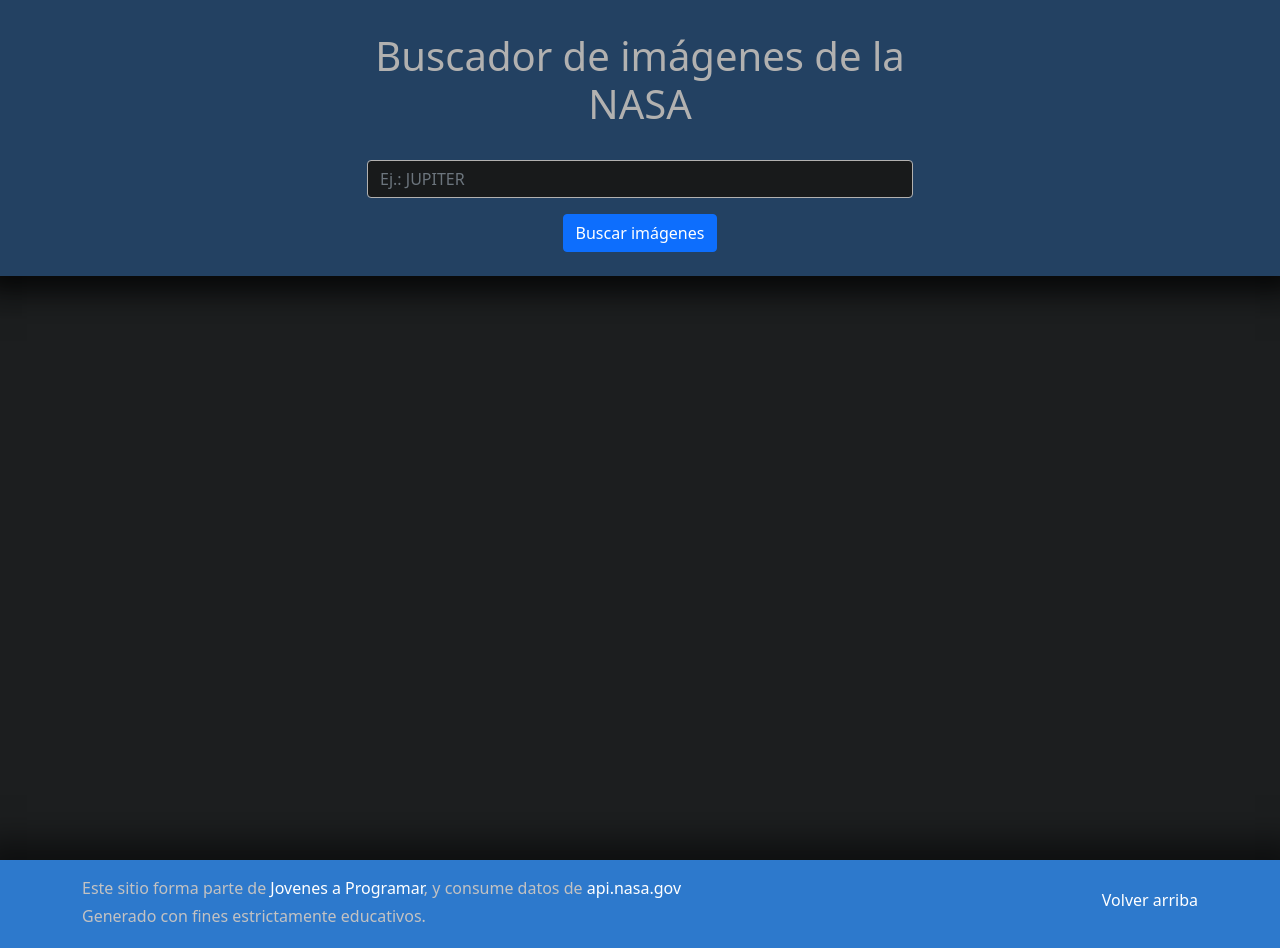
Repository: romancegirl/galaxies
Page: index.html
These files come from the project's save history. The page is drawn as it stood at one moment and after the next save; the edit follows.
The browser window is 1280 px wide. The pictures show the whole page.

Above is the page before, as saved 2024-11-30 04:51:48.

### index.html
<!doctype html>
<html lang="es">

<head>
  <meta charset="utf-8">
  <meta name="viewport" content="width=device-width, initial-scale=1">
  <title>Buscador de imágenes de la NASA</title>

  <link href="css/bootstrap.min.css" rel="stylesheet">
  <link rel="stylesheet" href="css/style.css">
</head>

<body>

  <header>
    <div id="intro">
      <div class="text-center container">
        <div class="row py-lg-3">
          <div class="col-lg-6 col-md-8 mx-auto" id="beggining">
            <h1 class="fw-light">Buscador de imágenes de la NASA</h1>
            <input type="search" class="form-control" name="buscar" id="inputBuscar" placeholder="Ej.: JUPITER">
            <button class="btn btn-primary my-2" id="btnBuscar">Buscar imágenes</button>
          </div>
        </div>
      </div>
    </div>
  </header>

  <main>
    <div class="container">
      <div id="contenedor">
      </div>
    </div>
  </main>


  <footer class="text-muted py-3">
    <div class="container">
      <p class="float-end mb-1">
        <a href="#">Volver arriba</a>
      </p>
      <p class="mb-1">Este sitio forma parte de <a href="https://jovenesaprogramar.edu.uy/" target="_blank">
          Jovenes a Programar</a>, y consume datos de <a href="https://api.nasa.gov/" target="_blank">
          api.nasa.gov</a></p>
      <p class="mb-1">Generado con fines estrictamente educativos.</p>
    </div>
  </footer>

  <script src="https://cdn.jsdelivr.net/npm/bootstrap@5.3.1/dist/js/bootstrap.bundle.min.js"></script>
  <script src="js/space.js"></script>

</body>

</html>

### css/style.css
header {
    background-color: #2D79CC;
    bottom: 0;
    width: 100%;
    box-shadow: 0 0 30px 20px rgba(0, 0, 0, 0.5);
}

body {
    background-color: #1C1E1F;
    color: #B2B1B0;
    display: flex;
    flex-direction: column;
    min-height: 100vh;
}

main {
    min-height: calc(100vh - 160px);
    flex-grow: 1;
}

#intro {
    background-color: #1c1e1f9b;
    padding-top: 1rem;
    position: relative;
    box-shadow: 0 0 20px 10px rgba(0, 0, 0, 0.5);
}

h1 {
    margin-bottom: 2rem;
}

#inputBuscar {
    margin-bottom: 0.5rem;
}

input[type="search"] {
    background-color: #181A1B;
    border: 1px solid #B2B1B0;
    color: #B2B1B0;
}

input[type="search"]:focus {
    box-shadow: 0 0 5px #2D79CC;
    background-color: #181A1B;
    border: 1px solid #2D79CC;
    color: #B2B1B0;
}

.form-control {
    margin-bottom: 0.5rem;
}


#contenedor {
    display: flex;
    flex-wrap: wrap;
    justify-content: center;
    gap: 1rem;
    align-items: center;
}

.card {
    width: 22rem;
    height: 500px;
    display: flex;
    flex-direction: column;
    overflow: hidden;
    margin-top: 2rem;
    background-color: #181A1B;
    color: #c3c2c2;
    box-shadow: 0 0 4px 4px #2d7acc66;
}

.card-img-top {
    width: 100%;
    height: 250px;
    object-fit: cover;
}

.card-body {
    height: 250px;
    overflow-y: auto;
    padding: 1rem;
}

.card-text {
    display: -webkit-box;
    -webkit-line-clamp: 3;
    -webkit-box-orient: vertical;
    overflow: hidden;
    transition: all 0.3s ease-in-out;
}

.card-text.more {
    -webkit-line-clamp: 3;
    overflow: hidden;
}

.card-text.full {
    -webkit-line-clamp: unset;
    overflow: visible;
}

#more {
    cursor: pointer;
    color: #007bff;
    text-decoration: none;
    display: block;
    margin-top: 10px;
}



footer {
    background-color: #2D79CC;
    bottom: 0;
    width: 100%;
    margin-top: 1.5rem;
    box-shadow: 0 0 30px 20px rgba(0, 0, 0, 0.5);
}

footer p {
    color: #c3c2c2
}

footer a {
    color: #ffffff;
    text-decoration: none;
}

footer a:hover {
    color: #9b9a9b;
    transform: scale(1.05);
    transition: color 0.3s, text-shadow 0.3s;
}

footer .float-end {
    transform: translateY(50%);
}




@media (max-width: 1200px) {
    .col-lg-6 {
        width: 50%;
    }
}

@media (max-width: 768px) {
    .col-md-4 {
        width: 100%;
    }
}

### js/space.js
// Función para alternar la visibilidad del texto
function toggleDescription(button) {
    const cardBody = button.closest('.card-body');
    const descriptionText = cardBody.querySelector('.card-text');

    // Alternar clases entre "more" y "full" en el texto de la descripción
    if (descriptionText.classList.contains('more')) {
        descriptionText.classList.remove('more');
        descriptionText.classList.add('full');
        button.textContent = 'Ver menos'; // Cambiar el texto del botón
    } else {
        descriptionText.classList.remove('full');
        descriptionText.classList.add('more');
        button.textContent = 'Ver más'; // Cambiar el texto del botón
    }
}

// Asegúrate de que el evento de clic esté correctamente asignado en el HTML generado
const inputBuscar = document.getElementById('inputBuscar');
const btnBuscar = document.getElementById('btnBuscar');
const contenedor = document.getElementById('contenedor');

const searchNASAImages = async () => {
    const query = inputBuscar.value.trim();

    if (!query) {
        alert('Por favor, ingresa un término de búsqueda.');
        return;
    }

    const nasaAPI = `https://images-api.nasa.gov/search?q=${query}`;

    try {
        const response = await fetch(nasaAPI);
        const data = await response.json();

        const items = data.collection.items;
        if (!items || items.length === 0) {
            contenedor.innerHTML = `
            <h3><strong>No hemos encontrado información relacionada a "${query}".</strong></h3>`;
            return;
        }

        contenedor.innerHTML = '';

        const row = document.createElement('div');
        row.className = 'row';

        items.forEach((item) => {
            const { title, description, date_created } = item.data[0];
            const imageUrl = item.links?.[0]?.href || 'https://via.placeholder.com/150';

            // Crear la tarjeta
            const card = document.createElement('div');
            card.className = 'col-12 col-md-4 mb-6';

            // Contenido de la tarjeta
            card.innerHTML = `
                <div class="card">
                    <img src="${imageUrl}" class="card-img-top" alt="${title}">
                    <div class="card-body">
                        <h5 class="card-title">${title}</h5>
                        <p class="card-text more">${description || 'Descripción no disponible.'}</p>
                        <!-- Aquí controlamos la visibilidad del botón -->
                        ${description && description.length > 200 ? '<p class="card-text" id="more" onclick="toggleDescription(this)">Ver más</p>' : ''}
                        <p class="card-text"><small class="text-muted">Fecha: ${new Date(date_created).toLocaleDateString()}</small></p>
                    </div>
                </div>
            `;

            const descriptionText = card.querySelector('.card-text');
            const moreButton = card.querySelector('#more');
            if (!description || description.length <= 200) {
                if (moreButton) {
                    moreButton.style.display = 'none';
                }
                descriptionText.classList.add('full');
            }

            row.appendChild(card);
        });

        contenedor.appendChild(row);
    } catch (error) {
        console.error('Error al obtener datos:', error);
        contenedor.innerHTML = `<p class="text-center text-danger">Ocurrió un error al obtener los datos.</p>`;
    }
};

btnBuscar.addEventListener('click', searchNASAImages);
inputBuscar.addEventListener('keydown', (event) => {
    if (event.key === 'Enter') {
        event.preventDefault();
        searchNASAImages();
    }
});

Loaded but not shown: css/bootstrap.min.css (library)

After the next save:
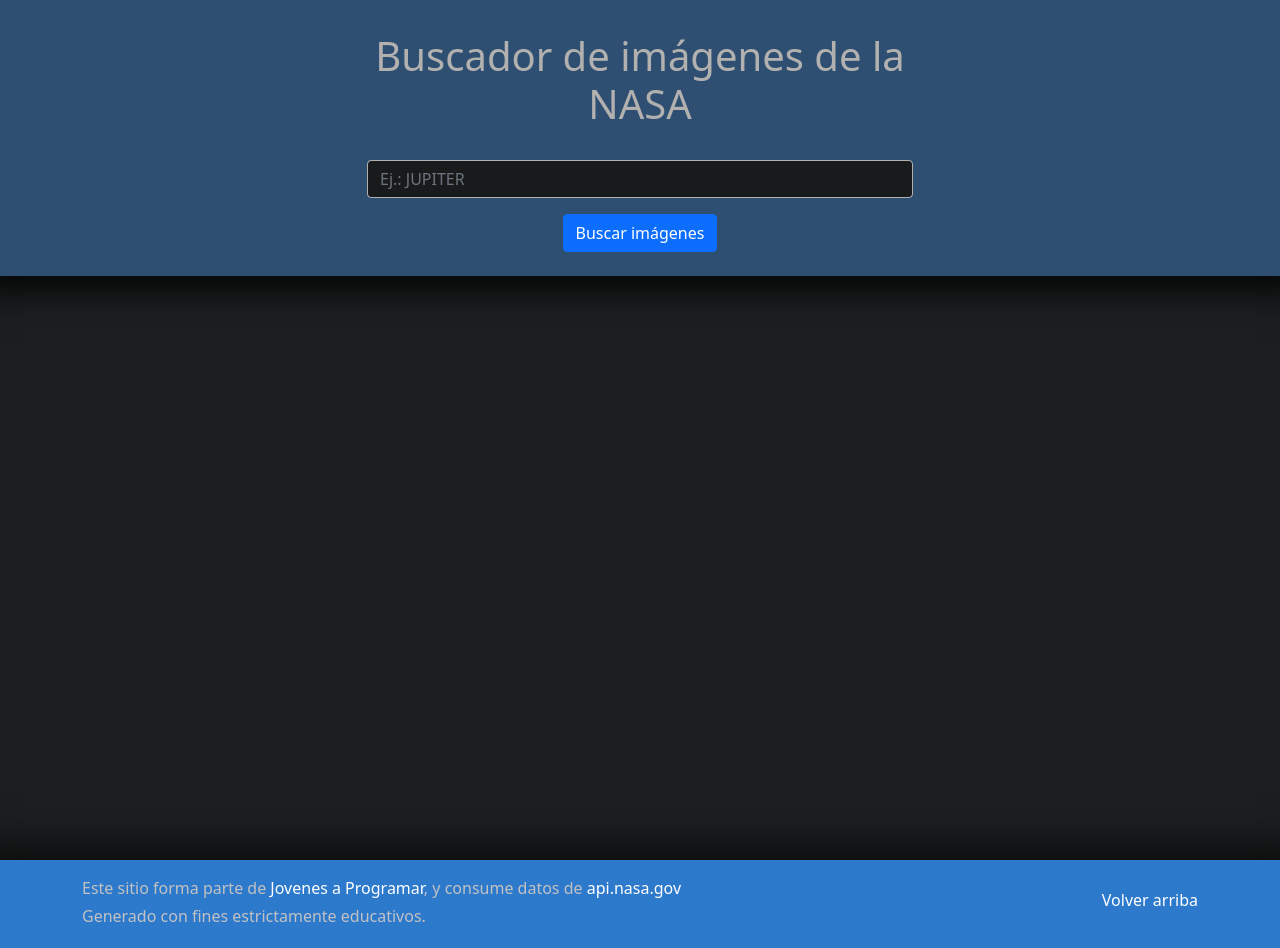
Saved 9 s later.
--- a/css/style.css
+++ b/css/style.css
@@ -1,5 +1,5 @@
 header {
-    background-color: #2D79CC;
+    background-color: #499cf4;
     bottom: 0;
     width: 100%;
     box-shadow: 0 0 30px 20px rgba(0, 0, 0, 0.5);

After the save that followed:
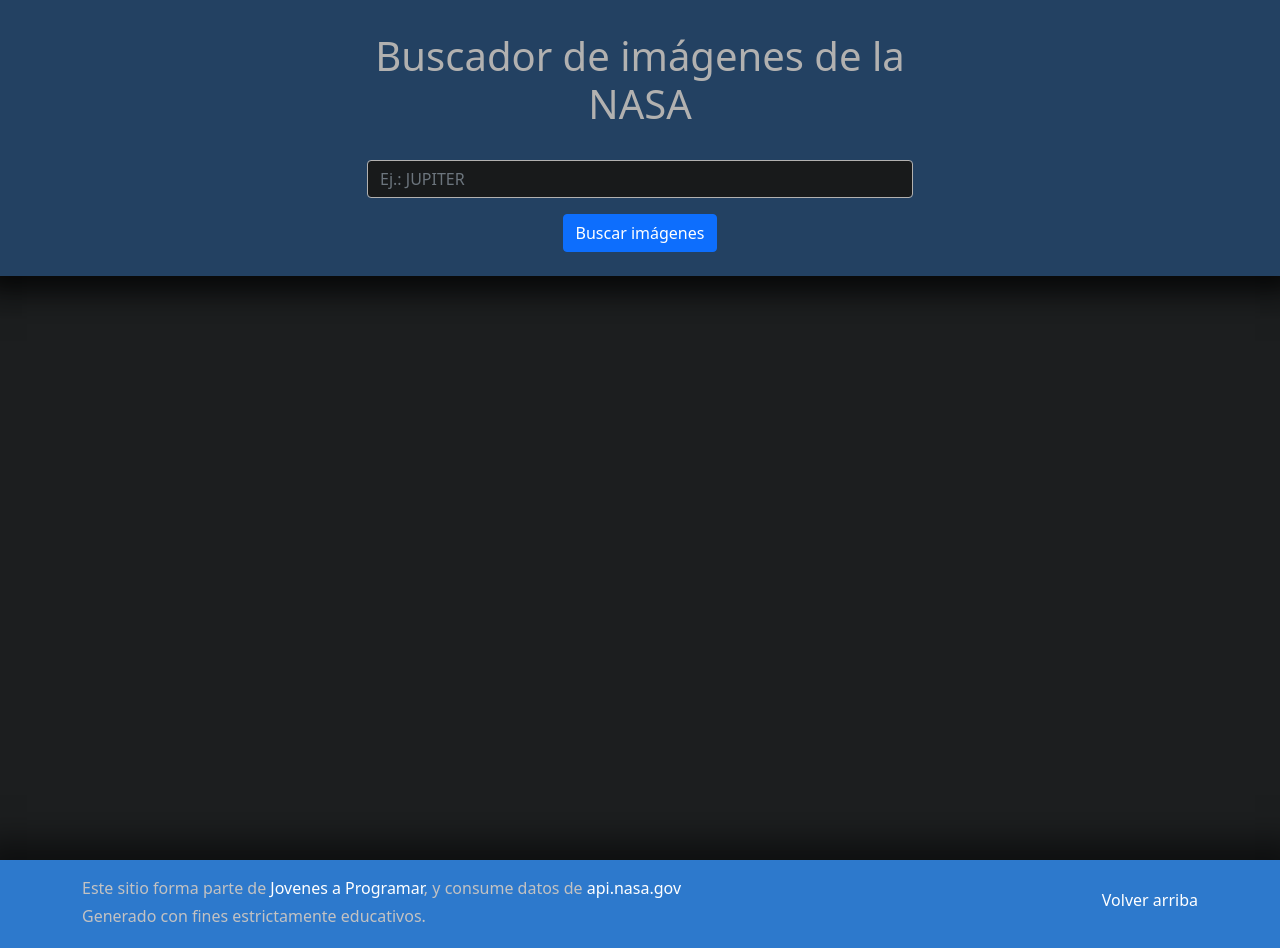
Saved 7 s later.
--- a/css/style.css
+++ b/css/style.css
@@ -1,5 +1,5 @@
 header {
-    background-color: #499cf4;
+    background-color: #2D79CC;
     bottom: 0;
     width: 100%;
     box-shadow: 0 0 30px 20px rgba(0, 0, 0, 0.5);
